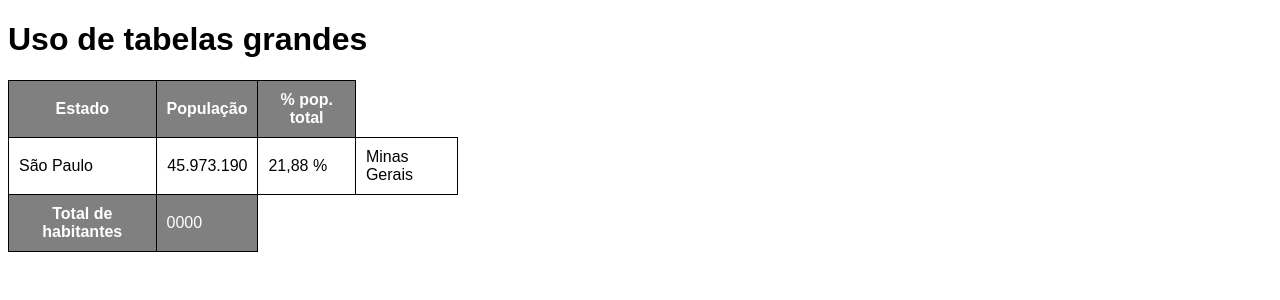
Repository: railsondev/html-css
Page: Módulo3/Exercicios/Ex02 - Tabelas/tabela002.html
An editor plug-in stored every save of this project. The page is shown before and after a run of saves, followed by the edit.
The browser window is 1280 px wide. The pictures show the whole page.

Above is the page before, as saved 2024-10-18 18:12:50.

After the next 3 saves:
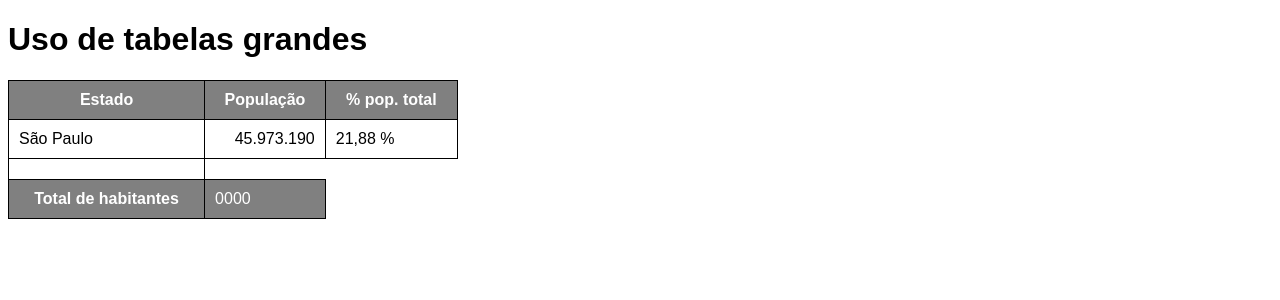
The 3 saves are shown as one change because they came seconds apart.
The last was saved 16 s later.
--- a/Módulo3/Exercicios/Ex02 - Tabelas/tabela002.html
+++ b/Módulo3/Exercicios/Ex02 - Tabelas/tabela002.html
@@ -20,7 +20,9 @@
       <td>São Paulo</td>
       <td class="numero">45.973.190</td>
       <td class="porc">21,88</td>
-      <td>Minas Gerais</td>
+    </tbody>
+    <tbody>
+      <td></td>
     </tbody>
     <tfoot>
       <tr>
